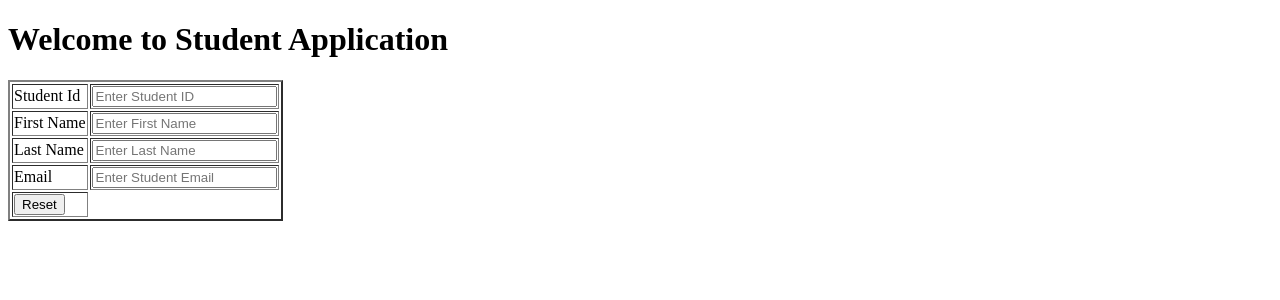
Repository: pathanking/srkr
Page: student-app/src/main/webapp/add-student.htm
The author's editor kept a copy of each file at every save. The page is drawn from the files as they stood at one save, then again after the next save.
The browser window is 1280 px wide. The pictures show the whole page.

Above is the page before, as saved 2023-06-14 09:46:10.

### student-app/src/main/webapp/add-student.htm
<!DOCTYPE html>
<html>
<head>
<meta charset="windows-1256">
<title>Add Student</title>
</head>
<body>
	<h1>Welcome to Student Application</h1>

	<form action="">
		<table border="2px solid black">
			<tr>
				<td>Student Id</td>
				<td><input type="number" name="stdid" placeholder="Enter Student ID"> </td>
			</tr>
			<tr>
				<td>First Name</td>
				<td><input type="text" name="firstnm" placeholder="Enter First Name"> </td>
			</tr>
			<tr>
				<td>Last Name</td>
				<td><input type="text" name="lastnm" placeholder="Enter Last Name"></td>
			</tr>
			<tr>
				<td>Email</td>
				<td><input type="email" name="email" placeholder="Enter Student Email"></td>
			</tr>

			<tr>
				<td> <button type="reset">Reset</button> </td>
			</tr>
		</table>
	</form>


</body>
</html>

After the next save:
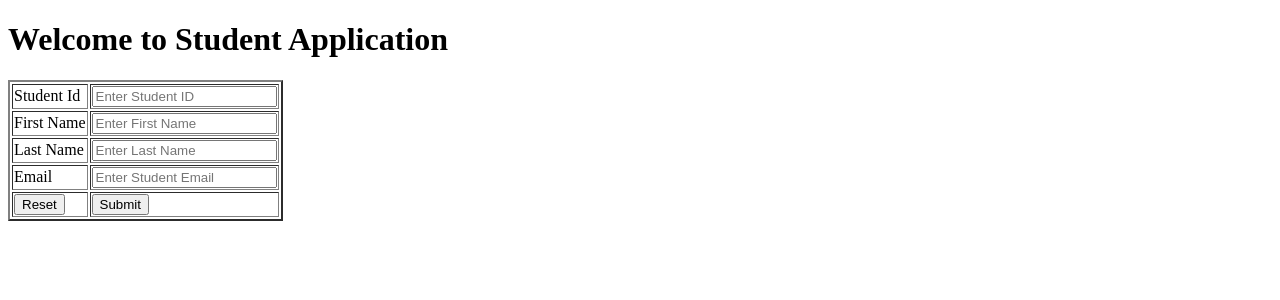
Saved 36 s later.
--- a/student-app/src/main/webapp/add-student.htm
+++ b/student-app/src/main/webapp/add-student.htm
@@ -28,6 +28,8 @@
 
 			<tr>
 				<td> <button type="reset">Reset</button> </td>
+				<td> <button type="submit">Submit</button>
+				</td>
 			</tr>
 		</table>
 	</form>
